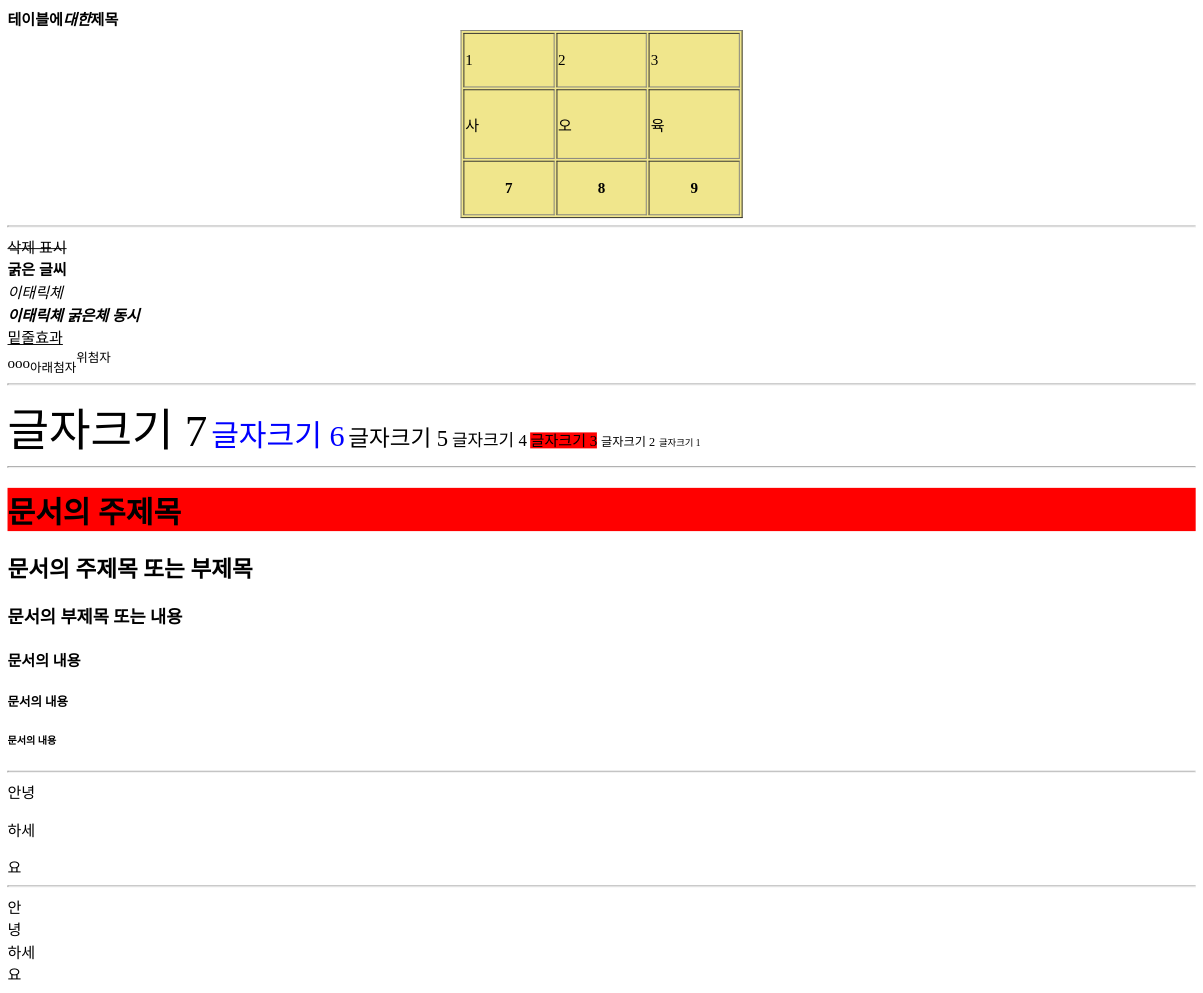
Repository: hui-Joo/html
Page: html/day01.html
These files come from the project's save history. The page is drawn as it stood at one moment and after the next save; the edit follows.
The browser window is 1280 px wide. The pictures show the whole page, at 94% of full size.

Above is the page before, as saved 2021-10-04 05:26:21.

### html/day01.html
<!DOCTYPE html>
<html>
<head>
<meta charset="utf-8"> <!-- 이건 없어됨 꺽쇠 느낌표 바바가 주석임 -->
<title>Insert title here</title>
</head>
<!--
<body text="white" bgcolor="black">
-->
<body>

<table border="1" align="center" height="200" width="300" bgcolor="khaki">
	<captoin><b>테이블에<i>대한</i>제목</b> </captoin>
	<tr>
		<td>1</td><td>2</td><td>3</td>

	</tr>
	<tr>
		<td>사</td><td>오</td><td>육</td>

	</tr>
	<tr>
		<th>7</th><th>8</th><th>9</th>

	</tr>
</table>

<hr>

<strike>삭제 표시</strike><br>
<b>굵은 글씨</b><br>
<i>이태릭체</i><br>
<i><b>이태릭체 굵은체 동시</b></i><br>
<u>밑줄효과</u><br>
ooo<sub>아래첨자</sub><sup>위첨자</sup>

<hr>

<font size="7">글자크기 7</font>
<font size="6" face="궁서체" color='blue'>글자크기 6</font>
<font size="5">글자크기 5</font>
<font size="4">글자크기 4</font>
<font size="3" style="background-color: red;">글자크기 3</font>
<font size="2">글자크기 2</font>
<font size="1">글자크기 1</font>

<hr>

<h1 style="background-color: red;">문서의 주제목</h1>
<h2>문서의 주제목 또는 부제목</h2>
<h3>문서의 부제목 또는 내용</h3>
<h4>문서의 내용</h4>
<h5>문서의 내용</h5>
<h6>문서의 내용</h6>

<hr>
	안녕
	<p>하세</p>
	요
<hr>
	안<br>녕<br>
	하세<br>
	요
<!--
	안녕하세요~
-->
</body>
</html>

After the next save:
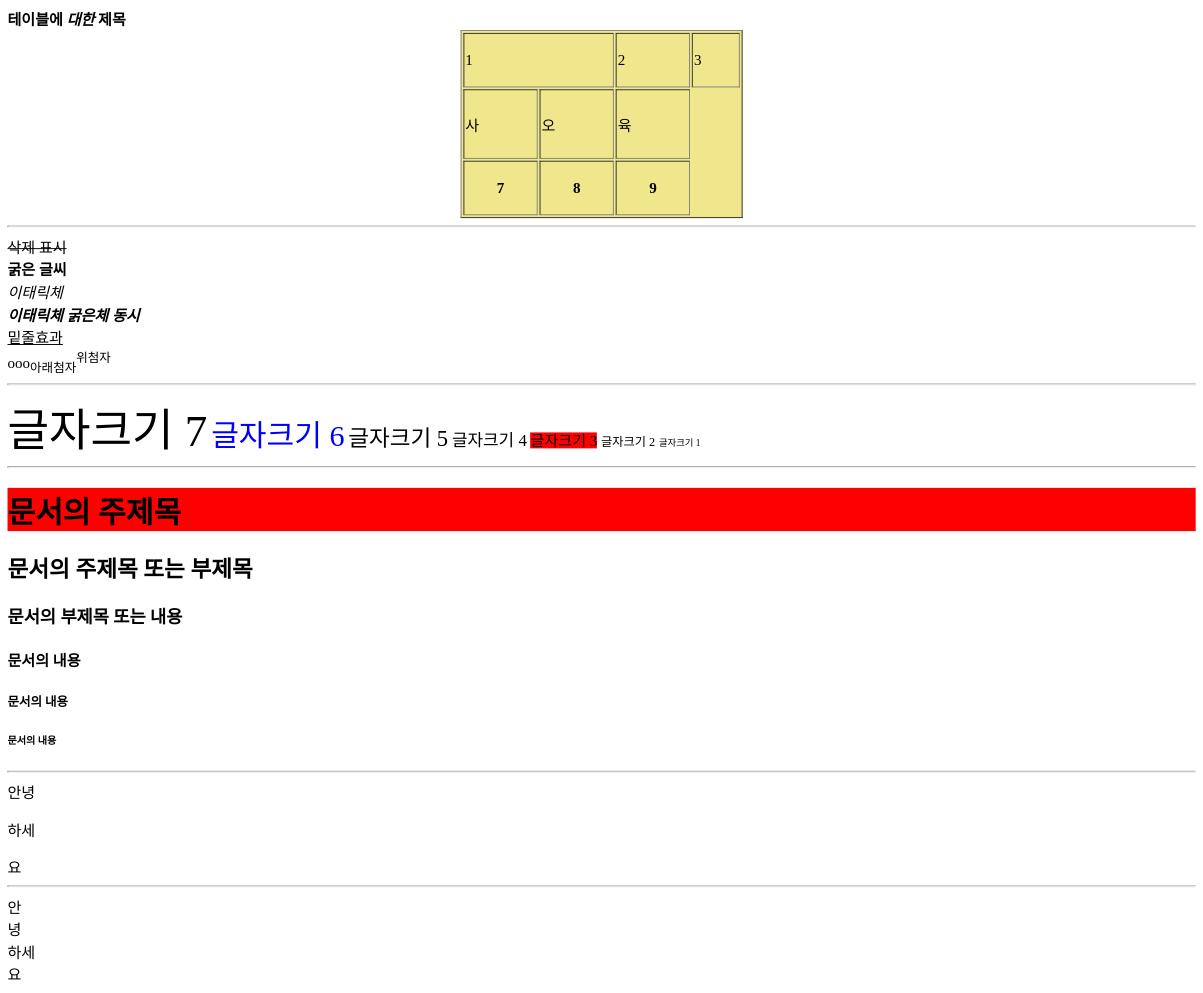
Saved 83 s later.
--- a/html/day01.html
+++ b/html/day01.html
@@ -10,9 +10,9 @@
 <body>
 
 <table border="1" align="center" height="200" width="300" bgcolor="khaki">
-	<captoin><b>테이블에<i>대한</i>제목</b> </captoin>
+	<captoin> <b>테이블에 <i>대한</i> 제목</b> </captoin>
 	<tr>
-		<td>1</td><td>2</td><td>3</td>
+		<td colspan="2">1</td><td>2</td><td>3</td>
 
 	</tr>
 	<tr>
